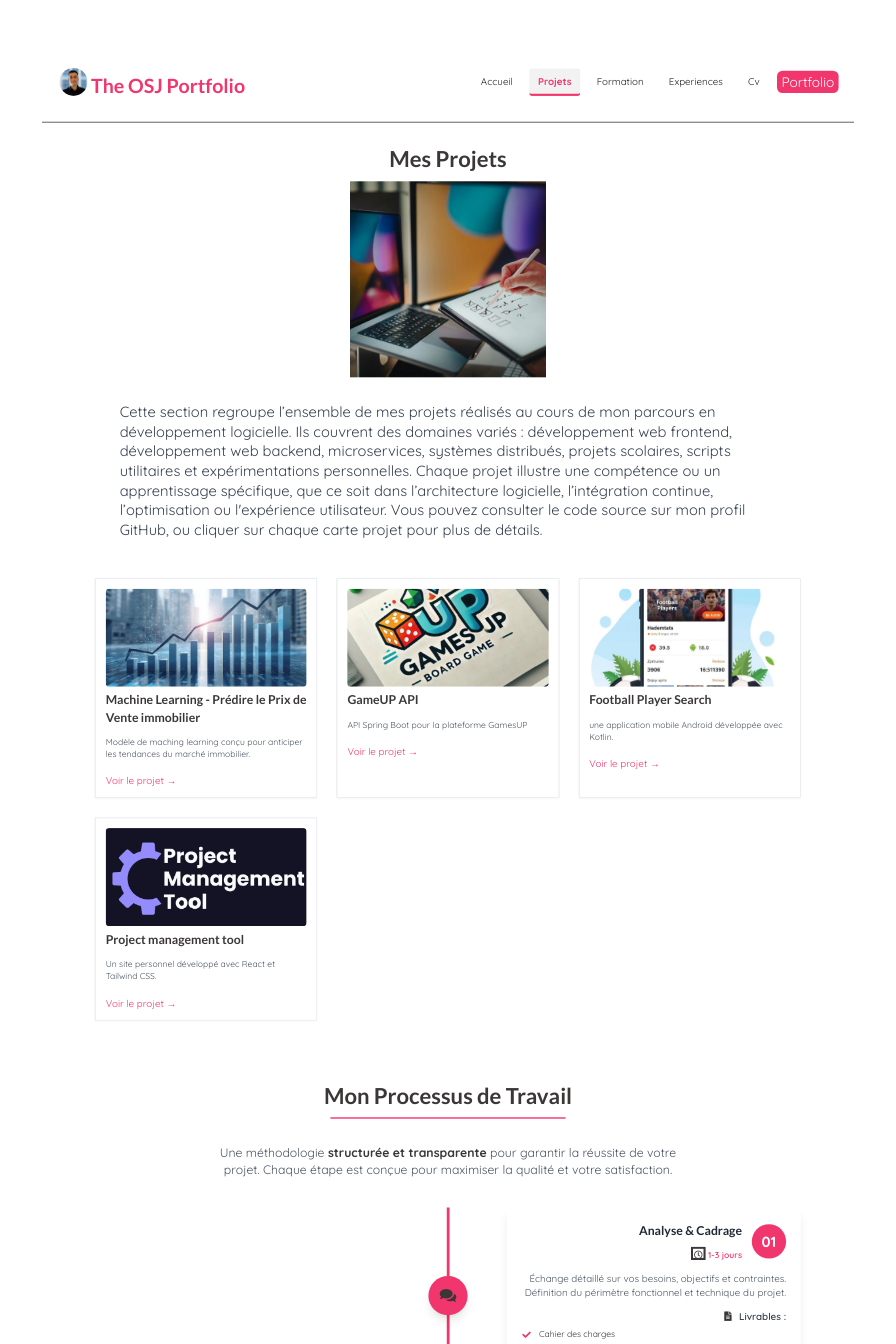
Repository: OussamSJ/Portfolio
Page: /projet
These files come from the project's save history. The page is drawn as it stood at one moment and after the next save; the edit follows.
The browser window is 1280 px wide. The pictures show the part of the page from y = 0 to 1920 px (the page is 4108 px tall before and 6541 px after), at 70% of full size.
The project was rebuilt for these pictures with package versions that can differ from the ones it lists, and the page was loaded fresh each time. Also part of the build but not shown: src/ContactForm.js, src/Services.js, src/Badgescertifications.js, src/Home.js, src/Cv.js, src/Expcomponent.js, src/Experiences.js, src/FormationComponent.js and 6 more.

Above is the page before, as saved 2026-02-06 16:33:22.

### public/index.html
<!DOCTYPE html>
<html lang="en">
  <head>
    <meta charset="utf-8" />
    <link rel="icon" href="%PUBLIC_URL%/Logo-Devloper.png" />
    <meta name="viewport" content="width=device-width, initial-scale=1" />
    <meta name="theme-color" content="#000000" />
    <meta
      name="description"
      content="Web site created using create-react-app"
    />
    <link rel="apple-touch-icon" href="%PUBLIC_URL%/logo192.png" />
    <!--
      manifest.json provides metadata used when your web app is installed on a
      user's mobile device or desktop. See https://developers.google.com/web/fundamentals/web-app-manifest/
    -->
    <link rel="manifest" href="%PUBLIC_URL%/manifest.json" />
    <!--
      Notice the use of %PUBLIC_URL% in the tags above.
      It will be replaced with the URL of the `public` folder during the build.
      Only files inside the `public` folder can be referenced from the HTML.

      Unlike "/favicon.ico" or "favicon.ico", "%PUBLIC_URL%/favicon.ico" will
      work correctly both with client-side routing and a non-root public URL.
      Learn how to configure a non-root public URL by running `npm run build`.
    -->
    <title>Portfolio App</title>
  </head>
  <body>
    <noscript>You need to enable JavaScript to run this app.</noscript>
    <div id="root"></div>
    <!--
      This HTML file is a template.
      If you open it directly in the browser, you will see an empty page.

      You can add webfonts, meta tags, or analytics to this file.
      The build step will place the bundled scripts into the <body> tag.

      To begin the development, run `npm start` or `yarn start`.
      To create a production bundle, use `npm run build` or `yarn build`.
    -->
  </body>
</html>

### src/index.js
import React from 'react';
import ReactDOM from 'react-dom/client';
import './index.css';
import App from './App';
import reportWebVitals from './reportWebVitals';
import 'semantic-ui-css/semantic.min.css'

const root = ReactDOM.createRoot(document.getElementById('root'));
root.render(
  <React.StrictMode>
    <App />
  </React.StrictMode>
);

// If you want to start measuring performance in your app, pass a function
// to log results (for example: reportWebVitals(console.log))
// or send to an analytics endpoint. Learn more: https://bit.ly/CRA-vitals
reportWebVitals();

### src/index.css
@import url('https://fonts.googleapis.com/css2?family=Quicksand:wght@300;400;500;600;700&display=swap');
@tailwind base;
@tailwind components;
@tailwind utilities;

/* base styles */
* {
  margin: 0;
  font-family: -apple-system, BlinkMacSystemFont, 'Segoe UI', 'Roboto', 'Oxygen',
    'Ubuntu', 'Cantarell', 'Fira Sans', 'Droid Sans', 'Helvetica Neue',
    sans-serif;
  -webkit-font-smoothing: antialiased;
  -moz-osx-font-smoothing: grayscale;
  font-family: "Quicksand";
  color: #3b3737;
}

html {
  scroll-behavior: smooth;
}

code {
  font-family: source-code-pro, Menlo, Monaco, Consolas, 'Courier New',
    monospace;
}

.navbar {
  padding: 20px;
  display: flex;
  align-items: center;
  max-width: 1200px;
  margin: 0 auto;
  border-bottom: 1px solid #212020;

}

.navbar h1 {
  color: #f1356d;
}

.navbar .links {
  margin-left: auto;
}

.navbar a {
  margin-left: 16px;
  text-decoration: none;
  padding: 6px;
}

.navbar img {
  width: 40px;
  height: 40px;
  margin: 5px;
  object-fit: cover;
  /* remplit et rogne si besoin */
  border-radius: 50%;
  /* transforme le carré en cercle */
  display: block;
}

.navbar a:hover {
  color: #f1356d;
}


/* Responsive: cache les liens sur mobile */
.desktop-only {
  display: flex;
}


.mobile-toggle {
  display: none;
  margin-left: auto;
  cursor: pointer;
}

/* Responsive behavior */
/* Masque le menu desktop sur petits écrans */
@media (max-width: 768px) {
  .desktop-only {
    display: none !important;
  }

  .mobile-toggle {
    display: block !important;
    cursor: pointer;
  }
}


.content {
  max-width: 1200px;
  margin: 40px auto;
  padding: 20px;
}


.couverture {
  background-image:
    url("/public/couverture-portfolio.png");
  background-size: cover;
  /* couvre tout le conteneur sans déformation */
  background-position: center;
  /* centre l’image */
  background-repeat: no-repeat;
  /* pas de répétition */
  height: 100%;
  width: 100%;
  color: white;
  font-family: 'Orbitron', sans-serif;
  /* une police géométrique, proche de celle utilisée */
}



.couverture h1 {
  margin-top: 20px auto;
  margin-right: 50px;
  align-items: center;
  text-align: center;
  color: aliceblue;
  text-align: right;
  font-family: 'Agrandir Grand', sans-serif;
  /* une police futuriste */
}


.portfolio-footer {
  justify-content: space-between;
  display: flex;
  padding: 20px;
  border-top: 1px solid #212020;
}

.card-title {
  margin-bottom: 20px;

  padding: 0;
  font-size: 1.2rem;

}

.social-links a {
  list-style: none;
  all: unset;
  color: inherit;
  text-decoration: none;
  margin-left: auto;
  text-align: left;

}

.social-links img {
  width: 40%;
  height: 40%;
}


ul {
  list-style-type: none;
  padding: 0;
  margin: 0;

}

.social-links a:hover {
  color: #f1356d;
}

.footer-bottom {
  display: block;
  text-align: center;
}

ul li {
  text-align: left;

}



.not-found {
  justify-content: center;
  align-items: center;
  text-align: center;
  height: 50vh;
  margin-top: 200px;
  font-size: 3rem;
}


img-couverture {
  width: 100%;
  height: 100%;
  justify-content: flex-end;
  align-items: center;
  object-fit: fill;
  /* Remplit l'élément sans déformation */
  border-radius: 50%;
  /* Transforme le carré en cercle */
  display: flex;
}

/* Amélioration des styles pour le Navbar */

/* Style pour l'item actif dans le menu desktop */
.navbar .links .ui.menu .item.active {
  color: #f1356d !important;
  font-weight: bold;
  border-bottom: 3px solid #f1356d;
}

/* Hover sur les items du menu desktop */
.navbar .links .ui.menu .item:hover {
  color: #f1356d !important;
  transition: color 0.3s ease;
}

/* Style du sidebar mobile - override de Semantic UI */
.ui.sidebar.menu .item {
  transition: all 0.3s ease;
}
.ui.sidebar.menu .item.item.active {

  border-left: 4px solid #f1356d !important;
}

.ui.sidebar.menu .item:hover {
  background-color: rgba(241, 53, 109, 0.1) !important;
}

/* Animation de l'overlay */
@keyframes fadeIn {
  from {
    opacity: 0;
  }
  to {
    opacity: 1;
  }
}

.sidebar-overlay {
  animation: fadeIn 0.3s ease;
}

/* Amélioration du bouton hamburger */
.mobile-toggle {
  color: #3b3737;
  transition: transform 0.3s ease;
}

.mobile-toggle:hover {
  transform: scale(1.1);
  color: #f1356d;
}

/* Responsive - s'assurer que le toggle est visible uniquement sur mobile */
@media (min-width: 769px) {
  .mobile-toggle {
    display: none !important;
  }
}

@media (max-width: 768px) {
  .desktop-only {
    display: none !important;
  }

  .mobile-toggle {
    display: block !important;
  }
}

/* Animation pulse pour le badge disponibilité */
@keyframes pulse {
  0%, 100% {
    opacity: 1;
  }
  50% {
    opacity: 0.5;
  }
}

.animate-pulse {
  animation: pulse 2s cubic-bezier(0.4, 0, 0.6, 1) infinite;
}

/* Amélioration des transitions */
.transition-all {
  transition-property: all;
  transition-timing-function: cubic-bezier(0.4, 0, 0.2, 1);
  transition-duration: 300ms;
}

### src/App.js
import React from 'react';
import { BrowserRouter, Routes, Route } from 'react-router-dom';
import Home from './Home';
import Navbar from './Navbar';
import Cv from './Cv';
import Footbar from './Footbar';
import Experiences from './Experiences';
import Formation from './Formation';
import ProjetDetail from './projets/ProjetDetail';
import Projet from './projets/Projet';


function App() {
  return (
    <BrowserRouter>
      <div className="App">
        <div className='content'>
          <Routes>
            <Route path="/" element={<Home />} />
            <Route path="/cv" element={<Cv />} />
            <Route path="/experiences-professionnelle" element={<div ><Navbar /> <Experiences /><Footbar /></div>} />
            <Route path="/formation" element={<div ><Navbar /> <Formation /><Footbar /></div>} />
            <Route path="/projet" element={<div ><Navbar /> <Projet /><Footbar /></div>} />

           <Route path="/projet/:id" element={<div><Navbar /><ProjetDetail /><Footbar /></div>} />
            <Route path="*" element={
              <div >
                <Navbar />
                <h1 className='not-found' >Page introuvable</h1>
                <Footbar />
              </div>
            } />
          </Routes>
        </div>
      </div>
    </BrowserRouter>
  );
}

export default App;

### src/Navbar.js
import { color } from 'framer-motion';
import React, { Component } from 'react';
import { Menu, MenuItem, MenuMenu, Icon, Sidebar } from 'semantic-ui-react';

class Navbar extends Component {

  state = {
    activeItem: 'accueil',
    sidebarVisible: false,
  };

  handleItemClick = (e, { name }) => this.setState({ activeItem: name });

  toggleSidebar = () => {
    this.setState(prev => ({ sidebarVisible: !prev.sidebarVisible }));
  };

  componentDidMount() {
    this.updateActiveItem();

  }

  updateActiveItem = () => {
    const pathname = this.props.location?.pathname || window.location.pathname;

    if (pathname === '/') {
      this.setState({ activeItem: 'accueil' });
    } else if (pathname.startsWith('/projet')) {
      this.setState({ activeItem: 'projets' });
    } else if (pathname === '/formation') {
      this.setState({ activeItem: 'formation' });
    } else if (pathname === '/experiences-professionnelle') {
      this.setState({ activeItem: 'expériences' });
    } else if (pathname === '/cv') {
      this.setState({ activeItem: 'cv' });
    }
  };


  render() {
    const { activeItem, sidebarVisible } = this.state;

    return (
      <>
        {/* Navbar Desktop */}
        <nav className="navbar">
          <img src="/photo-portfolio.png" alt="logo" className="logo" />
          <h1>The OSJ Portfolio</h1>

          {/* Bouton hamburger pour mobile */}
          <div className="mobile-toggle" onClick={this.toggleSidebar}>
            <Icon name="bars" size="large" />
          </div>

          {/* Menu Desktop */}
          <div className="links desktop-only">
            <Menu secondary>
              <MenuItem
                name='accueil'
                active={activeItem === 'accueil'}
                onClick={this.handleItemClick}
                as="a"
                href="/"
              />
              <MenuItem
                name='projets'
                active={activeItem === 'projets'}
                onClick={this.handleItemClick}
                as="a"
                href="/projet"
              />
              <MenuItem
                name='formation'
                active={activeItem === 'formation'}
                onClick={this.handleItemClick}
                as="a"
                href="/formation"
              />
              <MenuItem
                name='expériences'
                active={activeItem === 'expériences'}
                onClick={this.handleItemClick}
                as="a"
                href="/experiences-professionnelle"
              />
              <MenuItem
                name='cv'
                active={activeItem === 'cv'}
                onClick={this.handleItemClick}
                as="a"
                href="/cv"
              />
              <MenuMenu position='right'>
                <MenuItem
                  name='portfolio'
                  active={activeItem === 'portfolio'}
                  onClick={this.handleItemClick}
                  as="a"
                  href="/"
                  style={{
                    color: 'white',
                    fontSize: '1.4em',
                    backgroundColor: '#f1356d',
                    borderRadius: '8px',
                    padding: '6px',
                  }}
                />
              </MenuMenu>
            </Menu>
          </div>
        </nav>

        {/* Overlay - Fond sombre cliquable pour fermer le sidebar */}
        {sidebarVisible && (
          <div
            onClick={this.sidebarVisible}
            style={{
              position: 'fixed',
              top: 0,
              left: 0,
              width: '100%',
              height: '100%',
              backgroundColor: 'rgba(0, 0, 0, 0.5)',
              zIndex: 100,
              cursor: 'pointer'
            }}
            aria-label="Fermer le menu"
          />
        )}

        {/* Sidebar Mobile */}
        <Sidebar
          as={Menu}
          animation='overlay'
          icon='labeled'
          inverted
          vertical
          visible={sidebarVisible}
          width='thin'
          direction='right'
          style={{
            backgroundColor: '#3b3737',
            zIndex: 101,
            paddingTop: '20px'
          }}
          onHide={this.toggleSidebar}
        >


          {/* Items du menu mobile */}
          <MenuItem as="a" href="/" onClick={this.toggleSidebar} active={activeItem === 'accueil'}>

            Accueil
          </MenuItem>

          <MenuItem as="a" href="/projet" onClick={this.toggleSidebar} active={activeItem === 'projets'}>

            Projets
          </MenuItem>

          <MenuItem as="a" href="/formation" onClick={this.toggleSidebar} active={activeItem === 'formation'}>

            Formation
          </MenuItem>

          <MenuItem as="a" href="/experiences-professionnelle" onClick={this.toggleSidebar} active={activeItem === 'expériences'}>

            Expériences
          </MenuItem>

          <MenuItem as="a" href="/cv" onClick={this.toggleSidebar} active={activeItem === 'cv'}>

            CV
          </MenuItem>


         </Sidebar>

      </>
    );
  }
}

export default Navbar;

### src/Footbar.js
import { color } from "framer-motion";

const Footbar = () => {
  return (
    <div className="footbar">
      {/* footbar  */}
      <footer className="portfolio-footer">

      <div className="card-deck">
        <div className="card">
        <div className="card-body">
          <h4 className="card-title">À propos</h4>
          <p className="card-text">Développeur Web passionné, créant des expériences utilisateur fluides.</p>
        </div>
        </div>
      </div>

      <div className="card-deck">
        <div className="card">
        <div className="card-body">
          <h4 className="card-title">Liens utiles</h4>
          <ul className="social-links" style={{ color: '#3b3737'}}>

          <li><a href="/">Accueil</a></li>
          <li><a href="/projet">Projet</a></li>
          <li><a href="/cv">CV</a></li>
          <li><a href="/formation">Formations</a></li>

          </ul>
        </div>
        </div>
      </div>

      <div className="card-deck">
        <div className="card">
        <div className="card-body">
          <h4 className="card-title">Suivez-moi</h4>
          <ul className="social-links">
          <li><a href="https://github.com/OussamSJ"> <img src="/github.svg" alt="GitHub" target="_blank" rel="noopener noreferrer"></img></a></li>
          <li><a href="https://www.linkedin.com/in/oussama-sj/"> <img src="/linkedin.svg" alt="LinkedIn" target="_blank" rel="noopener noreferrer"></img></a></li>
          <li><a href="https://www.instagram.com/oussama.sj/"> <img  src="/instagram.svg" alt="Instagram" target="_blank" rel="noopener noreferrer"></img></a></li>
          </ul>
        </div>
        </div>
      </div>

      </footer>
      <div className="footer-bottom">
      <p>© 2025 Oussama SEYID JEBARI <br /> Tous droits réservés.</p>
      </div>

    </div>

    );
}

export default Footbar;

### src/projets/Projet.js

import ProjetComponent from "./ProjetComponent";
import Card from 'react-bootstrap/Card';
import Processus from "../Processus";

export const projets = [
    {
        id: '1',
        titre: 'Project management tool',
        description: 'Un site personnel développé avec React et Tailwind CSS.',
        description_longue: 'Ce portfolio présente mes compétences, expériences et projets. Il est entièrement responsive et utilise React pour une navigation fluide. Le design est réalisé avec Tailwind CSS pour une personnalisation rapide et efficace.',
        image: "/logo-pmt.png",
    },
    {
        id: '2',
        titre: 'Football Player Search',
        description: 'une application mobile Android développée avec Kotlin.',
        description_longue: 'une application mobile Android conçue pour offrir une recherche intuitive et rapide d’informations sur les joueurs de football du monde entier.',
        image: '/Android_project_image.png',
    },
    {
        id: '3',
        titre: 'Machine Learning - Prédire le Prix de Vente immobilier',
        description: 'Modèle de maching learning conçu pour anticiper les tendances du marché immobilier.',
        description_longue: 'Améliorer la précision des estimations afin d’aider à la prise de décision pour la mise en vente, optimiser les marges, et anticiper les tendances du marché immobilier. Ce projet illustre mes compétences en machine learning, mon savoir-faire en manipulation de données complexes, et ma capacité à transformer des insights en solutions concrètes.',
        image: '/machinelearning_project.png',
    },
    {
        id: '4',
        titre: 'GameUP API',
        description: 'API Spring Boot pour la plateforme GamesUP',
        description_longue: 'API Spring Boot pour la plateforme GamesUP, dédiée à la gestion de jeux de société et aux recommandations personnalisées via Machine Learning.',
        image: '/GameUp-image.png',
    },
];

export default function Projet() {
    return (
        <div className="relative max-w-6xl mx-auto py-auto px-auto mt-10 mb-10">
            <h1 className="text-4xl font-bold mb-4 text-center ">Mes Projets</h1>
            <Card>
                <Card.Img variant="top" className=" w-200 h-80 mx-auto" src="projects_image.png" />
                <Card.Body>
                    <Card.Text>
                        <p className="text-gray-700 text-2xl p-10  mg-auto ">
                            Cette section regroupe l’ensemble de mes projets réalisés au cours de mon parcours en développement logicielle.
                            Ils couvrent des domaines variés : développement web frontend, développement web backend, microservices, systèmes distribués, projets scolaires, scripts utilitaires et expérimentations personnelles.
                            Chaque projet illustre une compétence ou un apprentissage spécifique, que ce soit dans l’architecture logicielle, l’intégration continue, l’optimisation ou l'expérience utilisateur.
                            Vous pouvez consulter le code source sur mon profil GitHub, ou cliquer sur chaque carte projet pour plus de détails.
                        </p>

                        {/*<p className="text-gray-700 font-bold text-3xl mb-20 mg-auto">
                            voir les autre projets :
                        </p> */}

                        {/*   Projets */}
                        <div className="relative z-10 grid grid-cols-1 sm:grid-cols-2 lg:grid-cols-3 gap-8">
                            {projets
                                .sort(() => Math.random() - 0.5)
                                .map((pr, index) => (
                                    <ProjetComponent key={index} index={index} {...pr} />
                                ))}
                        </div>
                    </Card.Text>
                </Card.Body>
            </Card>
            <br />
            <Processus />

        </div>
    );
}

### src/projets/ProjetComponent.js
import { Link } from 'react-router-dom';

export default function ProjetComponent({ id, titre,  image, description, description_longue }) {



  return (
    <div className="border  shadow p-4 max-w-sm">
    <img src={image} alt={titre} className="w-full h-40 object-cover rounded-md" />
    <h3 className="text-xl font-bold mt-2">{titre}</h3>
    <p className="text-sm text-gray-600">{description}</p>
    <Link to={`/projet/${id}`} className="text-[#f1356d] mt-2 inline-block"  onClick={() => window.scrollTo(0, 0)}>
      Voir le projet →
    </Link>
  </div>
  );
}

### tailwind.config.js
/** @type {import('tailwindcss').Config} */
module.exports = {
  content: [  "./src/**/*.{js,ts,jsx,tsx}",],
  theme: {
    extend: {
      colors: {
        primary: '#f1356d', // Exemple
      },
    },
  },
  plugins: [],
}

Loaded but not shown: src/reportWebVitals.js (common file); src/Processus.js (155 lines, source omitted)

After the next save:
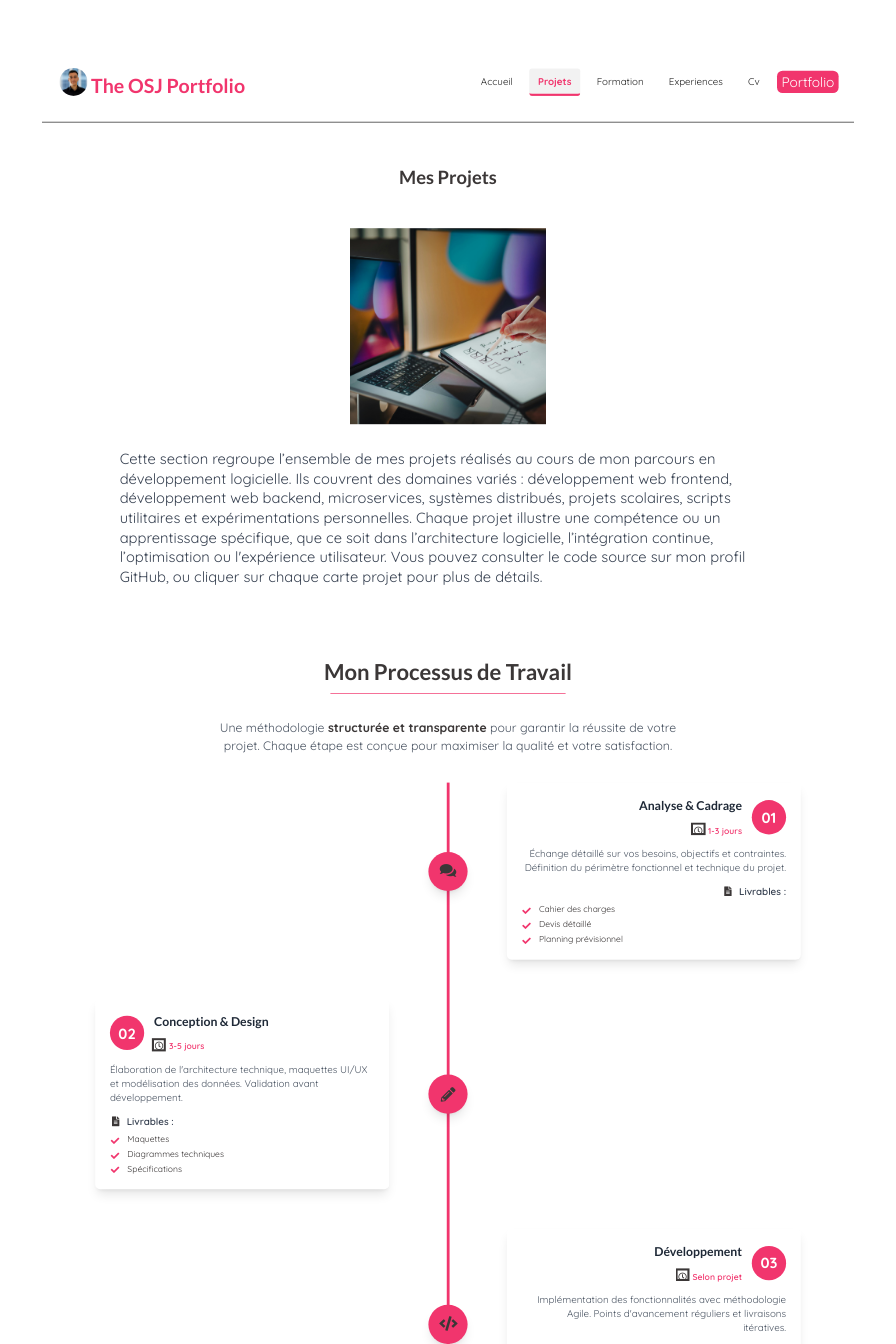
Saved 8 s later.
--- a/src/projets/Projet.js
+++ b/src/projets/Projet.js
@@ -37,7 +37,7 @@ export const projets = [
 export default function Projet() {
     return (
         <div className="relative max-w-6xl mx-auto py-auto px-auto mt-10 mb-10">
-            <h1 className="text-4xl font-bold mb-4 text-center ">Mes Projets</h1>
+            <h1 className="text-3xl font-bold mb-8 text-center p-8">Mes Projets</h1>
             <Card>
                 <Card.Img variant="top" className=" w-200 h-80 mx-auto" src="projects_image.png" />
                 <Card.Body>
@@ -48,7 +48,7 @@ export default function Projet() {
                             Chaque projet illustre une compétence ou un apprentissage spécifique, que ce soit dans l’architecture logicielle, l’intégration continue, l’optimisation ou l'expérience utilisateur.
                             Vous pouvez consulter le code source sur mon profil GitHub, ou cliquer sur chaque carte projet pour plus de détails.
                         </p>
-
+                        <Processus />
                         {/*<p className="text-gray-700 font-bold text-3xl mb-20 mg-auto">
                             voir les autre projets :
                         </p> */}
